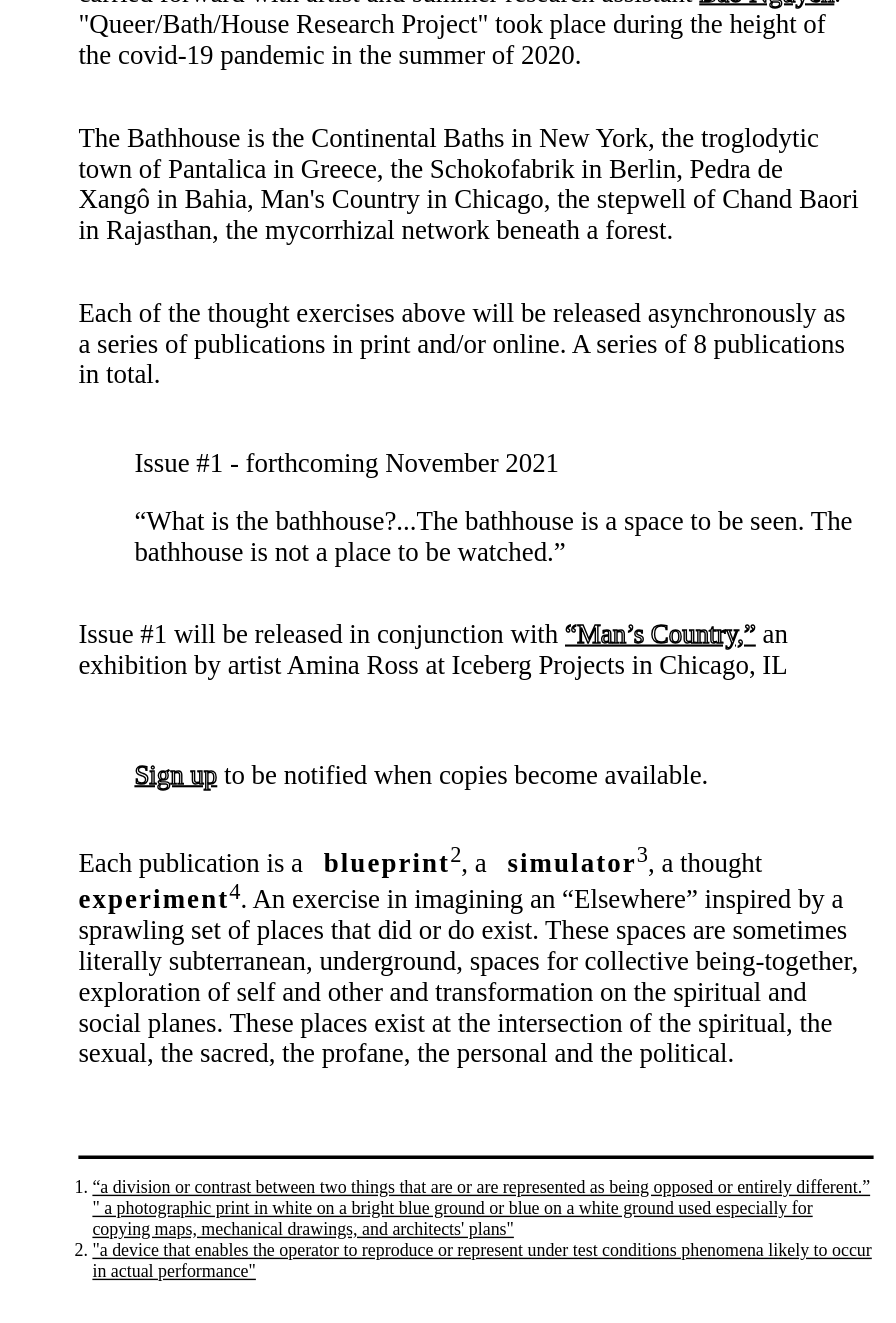
Repository: ayoungblood2/bathhouse.online
Page: index.html
The author's editor kept a copy of each file at every save. The page is drawn from the files as they stood at one save, then again after the next save.
The browser window is 1280 px wide. The pictures show the part of the page from y = 2484 to 4404 px (the page is 4374 px tall before and 4404 px after), at 70% of full size.
An inner scrolling area shows only its first screen. Backgrounds fixed to the window are drawn as part of the page. Some web fonts or font styles are not loaded; a fallback is used.

Above is the page before, as saved 2021-10-16 17:22:56.
Not found: js/layout_main.js
Not found: js/three_main.js
Not found: style.css

After the next save:
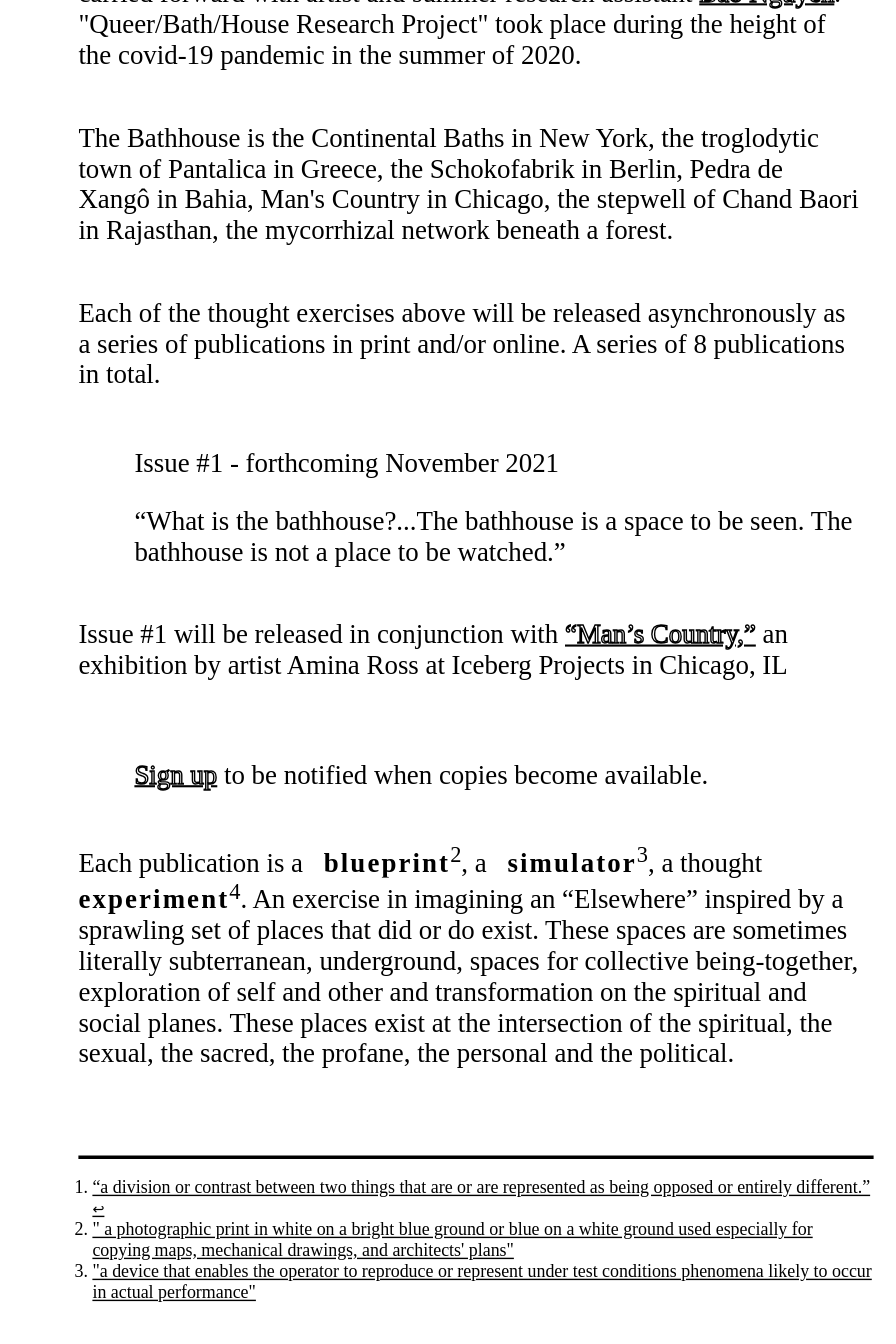
Saved 6 s later.
--- a/index.html
+++ b/index.html
@@ -352,7 +352,7 @@
                                 things that
                                 are or are represented as
                                 being opposed or entirely different.”</a>
-                                <a href="#footnotes-ref" aria-label="Back to content" style="color: black;>↩</a>
+                                <a href="#footnotes-ref" aria-label="Back to content" style="color: black;">↩</a>
                         </li>
 
                         <li id="css"><a style="color: black;"
